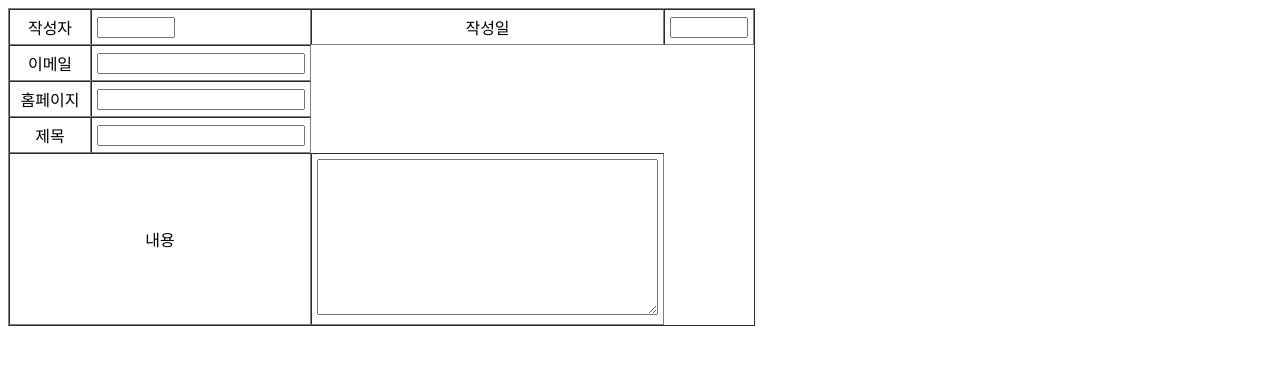
Repository: kimsuel/java-ee-practice
Page: guestbookservlet/WebContent/guestbook/guestbookList.html
The author's editor kept a copy of each file at every save. The page is drawn from the files as they stood at one save, then again after the next save.
The browser window is 1280 px wide. The pictures show the whole page.

Above is the page before, as saved 2018-06-20 07:40:24.

After the next save:
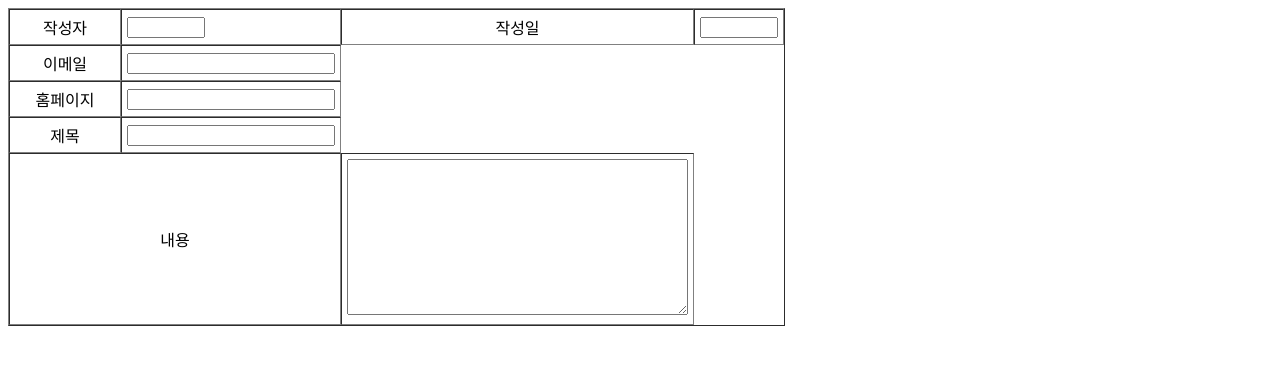
Saved 42 s later.
--- a/guestbookservlet/WebContent/guestbook/guestbookList.html
+++ b/guestbookservlet/WebContent/guestbook/guestbookList.html
@@ -7,7 +7,7 @@
 <body>
 	<table border="1" cellpadding="5" cellspacing="0">
 			<tr>
-				<td width="70" align="center">작성자</td>
+				<td width="100" align="center">작성자</td>
 				<td><input type="text" name="email" style="width:70px"></td>
 				<td width="70" align="center">작성일</td>
 				<td><input type="text" name="email" style="width:70px"></td>
